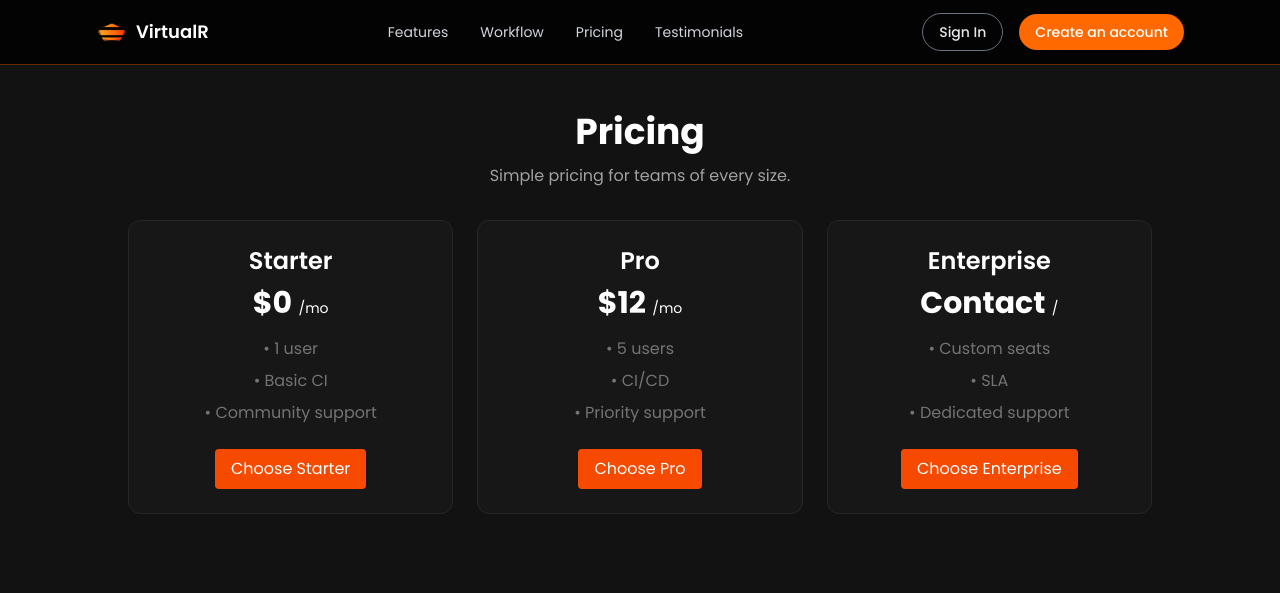
Repository: Khushichugh14/Virtualab
Page: /pricing
The author's editor kept a copy of each file at every save. The page is drawn from the files as they stood at one save, then again after the next save.
The browser window is 1280 px wide. The pictures show the whole page.
The project was rebuilt for these pictures with package versions that can differ from the ones it lists, and the page was loaded fresh each time. Also part of the build but not shown: vite.config.js, src/constants/index.jsx, src/pages/StartFree.jsx, src/pages/Documentation.jsx, src/pages/CreatAccount.jsx, src/pages/SignIn.jsx, src/components/HeroSection.jsx, src/components/FeatureSection.jsx and 10 more. Imported but missing from the stored project, and not drawn on this page: src/assets/video1.mp4, src/assets/video2.mp4.

Above is the page before, as saved 2025-12-11 12:45:30.

### index.html
<!doctype html>
<html lang="en">
  <head>
    <meta charset="UTF-8" />
    <link rel="icon" type="image/svg+xml" href="/vite.svg" />
    <meta name="viewport" content="width=device-width, initial-scale=1.0" />
    <title>virtular</title>
  </head>
  <body>
    <div id="root"></div>
    <script type="module" src="/src/main.jsx"></script>
  </body>
</html>

### src/main.jsx
import React from "react";
import ReactDOM from "react-dom/client";
import App from "./App";
import { BrowserRouter } from "react-router-dom";
import "./index.css";
import { Toaster } from "react-hot-toast";

ReactDOM.createRoot(document.getElementById("root")).render(
  <React.StrictMode>
    <BrowserRouter>
      <App />
       <Toaster position="top-right" />
    </BrowserRouter>
  </React.StrictMode>
);

### src/App.jsx
// App.jsx
import Navbar from "./components/Navbar";

import StartFree from "./pages/StartFree";
import Documentation from "./pages/Documentation";
import CreateAccount from "./pages/CreatAccount";
import SignIn from "./pages/SignIn";

import { Routes, Route } from "react-router-dom";
import HomePage from "./pages/HomePage";
import FeaturePage from "./pages/FeaturePage";
import FeatureDetail from "./pages/FeatureDetail";
import WorkflowPage from "./pages/WorkFlowPage";
import PricingPage from "./pages/PricingPage";
import TestimonialsPage from "./pages/Testimonials";
import WorkflowDetail from "./pages/WorkflowDetail";


const App = () => {
  return (
    <>
      <Navbar />

      <Routes>
        {/* Landing page */}
        <Route path="/" element={<HomePage />} />

        {/* Other pages */}
        <Route path="/start-free" element={<StartFree />} />
        <Route path="/documentation" element={<Documentation />} />
        <Route path="/create-account" element={<CreateAccount />} />
        <Route path="/signin" element={<SignIn />} />
        <Route path="/features" element={<FeaturePage />} />
        <Route path="/features/:id" element={<FeatureDetail />} />
        <Route path="/workflow" element={<WorkflowPage />} />
        <Route path="/workflow/:id" element={<WorkflowDetail />} />
        <Route path="/pricing" element={<PricingPage />} />
        <Route path="/testimonials" element={<TestimonialsPage />} />
      </Routes>
    </>
  );
};

export default App;

### src/index.css
@import url('https://fonts.googleapis.com/css2?family=Poppins:ital,wght@0,100;0,200;0,300;0,400;0,500;0,600;0,700;0,800;0,900;1,100;1,200;1,300;1,400;1,500;1,600;1,700;1,800;1,900&display=swap');

@import "tailwindcss";

:root {
  font-family: "Poppins", sans-serif;
  color-scheme: dark;
}

### src/components/Navbar.jsx
import { Menu, X } from "lucide-react";
import { useEffect, useState } from "react";
import logo from "../assets/logo.png";
import { navItems } from "../constants";
import { useNavigate, useLocation } from "react-router-dom";

const SESSION_KEY = "virtualrSession"; // ✅ Match CreateAccount & SignIn

const Navbar = () => {
  const [isMenuOpen, setIsMenuOpen] = useState(false);
  const [isLoggedIn, setIsLoggedIn] = useState(false);

  const navigate = useNavigate();
  const location = useLocation();

  useEffect(() => {
    const session = localStorage.getItem(SESSION_KEY);
    setIsLoggedIn(!!session); // logged in if session exists
  }, [location.pathname]);

  const handleNavClick = (path) => {
    if (!path) return;

    setIsMenuOpen(false);

    if (path.startsWith("#") || path.startsWith("/#")) {
      const sectionId = path.startsWith("#")
        ? path.slice(1)
        : path.split("#")[1];

      const scrollToSection = () => {
        const section = document.getElementById(sectionId);
        if (section) section.scrollIntoView({ behavior: "smooth" });
      };

      if (location.pathname !== "/") {
        navigate("/");
        setTimeout(scrollToSection, 150);
      } else {
        scrollToSection();
      }

      return;
    }

    navigate(path);
  };

  const handleLogout = () => {
    localStorage.removeItem(SESSION_KEY); // ❗ remove VR login session
    setIsLoggedIn(false);
    navigate("/create-account"); // after logout go to signup
  };

  return (
    <nav className="fixed top-0 left-0 right-0 z-50 bg-black/80 backdrop-blur-md border-b border-orange-500/40">
      <div className="max-w-6xl mx-auto px-4 sm:px-6 lg:px-8">
        <div className="flex justify-between h-16 items-center">
          {/* Logo */}
          <div
            className="flex items-center gap-2 cursor-pointer"
            onClick={() => handleNavClick("/")}
          >
            <img src={logo} alt="VirtualR Logo" className="h-8 w-auto" />
            <span className="text-white font-semibold text-lg">VirtualR</span>
          </div>

          {/* Desktop nav */}
          <div className="hidden md:flex items-center space-x-8">
            {navItems.map((item) => (
              <button
                key={item.label}
                onClick={() => handleNavClick(item.path)}
                className="text-gray-300 hover:text-white transition-colors text-sm"
              >
                {item.label}
              </button>
            ))}
          </div>

          {/* Right buttons */}
          <div className="hidden md:flex items-center space-x-4">
            {isLoggedIn ? (
              <button
                onClick={handleLogout}
                className="px-4 py-2 rounded-full bg-orange-500 hover:bg-orange-600 text-white text-sm font-medium transition-colors"
              >
                Logout
              </button>
            ) : (
              <>
                <button
                  onClick={() => handleNavClick("/signin")}
                  className="px-4 py-2 rounded-full border border-gray-500 text-gray-200 hover:bg-gray-800 text-sm font-medium transition-colors"
                >
                  Sign In
                </button>
                <button
                  onClick={() => handleNavClick("/create-account")}
                  className="px-4 py-2 rounded-full bg-orange-500 hover:bg-orange-600 text-white text-sm font-medium transition-colors"
                >
                  Create an account
                </button>
              </>
            )}
          </div>

          {/* Mobile menu toggle */}
          <div className="md:hidden flex items-center">
            <button
              onClick={() => setIsMenuOpen((prev) => !prev)}
              className="text-gray-200 hover:text-white focus:outline-none"
            >
              {isMenuOpen ? <X size={24} /> : <Menu size={24} />}
            </button>
          </div>
        </div>
      </div>

      {/* Mobile menu */}
      {isMenuOpen && (
        <div className="md:hidden bg-black/95 border-t border-orange-500/40">
          <div className="px-4 py-4 space-y-3">
            {navItems.map((item) => (
              <button
                key={item.label}
                onClick={() => handleNavClick(item.path)}
                className="block w-full text-left text-gray-300 hover:text-white py-1"
              >
                {item.label}
              </button>
            ))}

            <div className="pt-3 border-t border-gray-700 mt-2">
              {isLoggedIn ? (
                <button
                  onClick={handleLogout}
                  className="w-full px-4 py-2 rounded-full bg-orange-500 hover:bg-orange-600 text-white text-sm font-medium transition-colors"
                >
                  Logout
                </button>
              ) : (
                <>
                  <button
                    onClick={() => handleNavClick("/signin")}
                    className="w-full mb-2 px-4 py-2 rounded-full border border-gray-500 text-gray-200 hover:bg-gray-800 text-sm font-medium transition-colors"
                  >
                    Sign In
                  </button>
                  <button
                    onClick={() => handleNavClick("/create-account")}
                    className="w-full px-4 py-2 rounded-full bg-orange-500 hover:bg-orange-600 text-white text-sm font-medium transition-colors"
                  >
                    Create an account
                  </button>
                </>
              )}
            </div>
          </div>
        </div>
      )}
    </nav>
  );
};

export default Navbar;

### src/pages/PricingPage.jsx
import { pricing } from "../constants/siteData";
import { useNavigate } from "react-router-dom";

const PricingPage = () => {
  const navigate = useNavigate();

  const handleChoosePlan = (plan) => {
    // save selected plan to localStorage so checkout/sign-up can prefill it
    try {
      localStorage.setItem("selectedPlan", JSON.stringify(plan));
    } catch (e) {
      // localStorage can fail in some environments; fail silently
      console.warn("Could not save selected plan:", e);
    }

    // navigate to a checkout or signup page — adjust route if your app uses a different path
    navigate("/checkout");
  };

  return (
    <main className="px-6 pt-28 pb-12">
      <div className="max-w-5xl mx-auto text-center">
        <h1 className="text-4xl font-bold mb-3">Pricing</h1>
        <p className="text-neutral-400 mb-8">Simple pricing for teams of every size.</p>

        <div className="grid grid-cols-1 md:grid-cols-3 gap-6">
          {pricing.map((p) => (
            <div key={p.id} className="p-6 rounded-xl bg-neutral-900 border border-neutral-800">
              <h3 className="text-2xl font-semibold">{p.name}</h3>
              <div className="text-3xl font-bold mt-2">
                {p.price} <span className="text-sm font-normal">/{p.period}</span>
              </div>
              <ul className="text-neutral-500 mt-4 space-y-2">
                {p.bullets.map((b, i) => (
                  <li key={i}>• {b}</li>
                ))}
              </ul>
              <div className="mt-6">
                {/* Use button to handle click in-app instead of navigating with anchor tag */}
                <button
                  onClick={() => handleChoosePlan(p)}
                  className="inline-block px-4 py-2 rounded bg-orange-600 text-white"
                  aria-label={`Choose ${p.name} plan`}
                >
                  Choose {p.name}
                </button>
              </div>
            </div>
          ))}
        </div>
      </div>
    </main>
  );
};

export default PricingPage;

### src/constants/features.jsx
// src/constants/features.js
import {
  Zap,
  Users,
  Server,
  Terminal,
  Database,
  Cpu,
  Archive,
  Clock,
  ShieldCheck
} from "lucide-react";

export const features = [
  {
    id: "ai-suggestions",
    icon: <Zap size={20} />,
    title: "AI Code Suggestions",
    short: "Autocomplete, refactors & smart snippets.",
    longDescription:
      "Context-aware AI suggestions that complete your code, propose refactors, and generate tests. Save developer time by letting the editor handle repetitive patterns while you focus on design and architecture.",
    image: "/src/assets/features/ai-suggestion.jpg",
    bullets: [
      "Contextual code completion",
      "Refactor suggestions",
      "Test skeleton generation"
    ],
    tags: ["AI", "Productivity"],
    link: "/features/ai-suggestions"
  },
  {
    id: "realtime-collab",
    icon: <Users size={20} />,
    title: "Real-time Collaboration",
    short: "Work together live with teammates.",
    longDescription:
      "Share a development session with teammates: live cursors, shared terminals, and synchronized previews. Ideal for pair programming, design reviews, and remote onboarding.",
    image: "/src/assets/features/real-time-collab.jpg",
    bullets: ["Live cursors", "Shared terminals", "Session recording"],
    tags: ["Collaboration", "Teams"],
    link: "/features/realtime-collab"
  },
  {
    id: "one-click-deploy",
    icon: <Server size={20} />,
    title: "One-Click Deployments",
    short: "Deploy to staging/production instantly.",
    longDescription:
      "Automate build & deploy pipelines with a single click. Choose environment, preview build logs, and roll back easily. Integrates with GitHub, GitLab and CI providers.",
    image: "/src/assets/features/one-click-deploy.jpg",
    bullets: ["Branches & environments", "Rollback", "CI integration"],
    tags: ["CI/CD", "Deployment"],
    link: "/features/one-click-deploy"
  },
  {
    id: "built-in-terminal",
    icon: <Terminal size={20} />,
    title: "Built-in Terminal",
    short: "Terminal inside the browser.",
    longDescription:
      "A secure, persistent terminal inside your workspace allowing commands, package installs, and runtime debugging without leaving the browser.",
    image: "/src/assets/features/build-in-terminal.png",
    bullets: ["Persistent sessions", "Port forwarding", "Shell access"],
    tags: ["DevTools"],
    link: "/features/built-in-terminal"
  },
  {
    id: "database-sync",
    icon: <Database size={20} />,
    title: "Database Sync",
    short: "Seed, inspect and sync databases.",
    longDescription:
      "Manage local and remote databases, sync schema changes, and generate migrations automatically. Inspect rows, run queries and snapshot production data safely.",
    image: "/src/assets/features/datanbase.sync.jpg",
    bullets: ["Migrations", "Query explorer", "Snapshots"],
    tags: ["Database", "Productivity"],
    link: "/features/database-sync"
  },
  {
    id: "code-performance",
    icon: <Cpu size={20} />,
    title: "Performance Profiler",
    short: "Find hotspots & optimize.",
    longDescription:
      "Profile CPU and memory usage, visualize flamegraphs and get recommendations to reduce latency and resource use.",
    image: "/src/assets/features/code-performance.jpg",
    bullets: ["Flamegraphs", "Memory snapshots", "Actionable tips"],
    tags: ["Performance"],
    link: "/features/code-performance"
  },
  {
    id: "artifact-storage",
    icon: <Archive size={20} />,
    title: "Artifact Storage",
    short: "Keep build artifacts & logs.",
    longDescription:
      "Store build artifacts, logs and test reports per deployment so you can trace regressions and reproduce failures.",
    image: "/src/assets/features/artirfact-storage.jpg",
    bullets: ["Retention policies", "Search logs", "Download artifacts"],
    tags: ["DevOps"],
    link: "/features/artifact-storage"
  },
  {
    id: "slo-monitoring",
    icon: <Clock size={20} />,
    title: "SLO Monitoring",
    short: "Uptime & latency monitoring with alerts.",
    longDescription:
      "Define SLOs, track uptime and latency, and receive alerts to Slack/email when thresholds are crossed.",
    image: "/src/assets/features/slo-monitoring.jpg",
    bullets: ["Custom alerts", "Dashboards", "Historical trends"],
    tags: ["Monitoring", "SRE"],
    link: "/features/slo-monitoring"
  },
  {
    id: "security-audit",
    icon: <ShieldCheck size={20} />,
    title: "Security Audits",
    short: "Automatic static & dependency scans.",
    longDescription:
      "Run automated security scans for vulnerabilities, suggest fixes and produce reports to meet compliance requirements.",
    image: "/src/assets/features/security-audit.jpg",
    bullets: ["Dependency scanning", "Static analysis", "Fix suggestions"],
    tags: ["Security", "Compliance"],
    link: "/features/security-audit"
  }
];

export default features;

Loaded but not shown: src/constants/siteData.jsx (200 lines, source omitted)

After the next save:
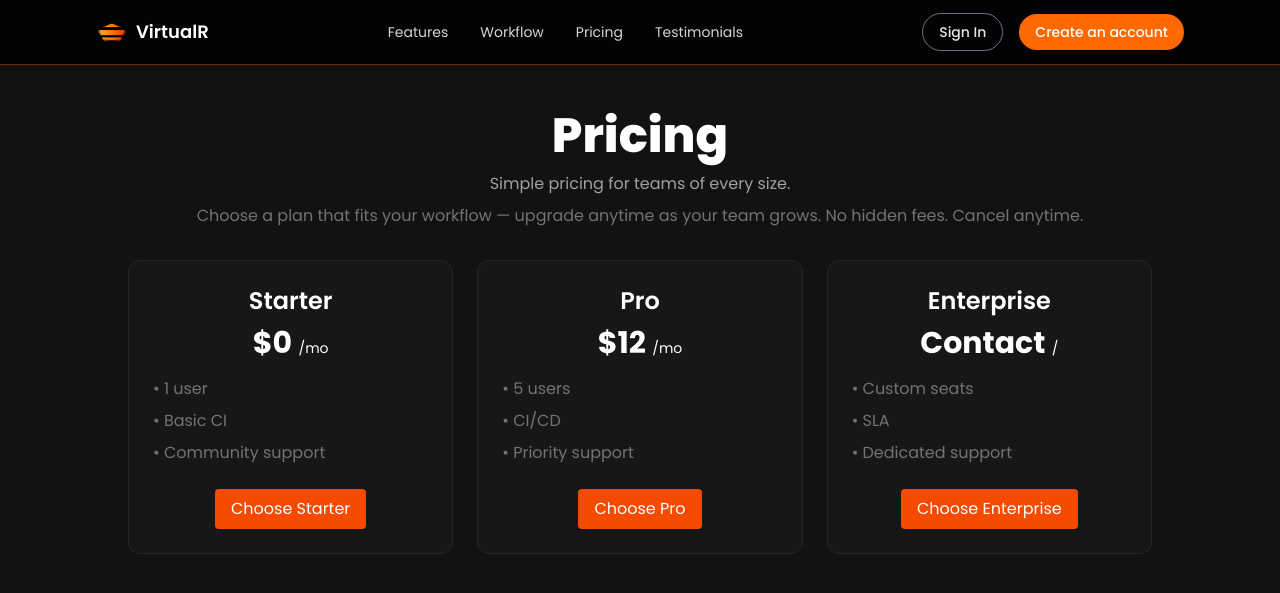
Saved 2 min 29 s later.
--- a/src/pages/PricingPage.jsx
+++ b/src/pages/PricingPage.jsx
@@ -1,53 +1,115 @@
 import { pricing } from "../constants/siteData";
 import { useNavigate } from "react-router-dom";
+import { useState, useEffect } from "react";
 
 const PricingPage = () => {
   const navigate = useNavigate();
+  const [selectedPlan, setSelectedPlan] = useState(null);
+
+  useEffect(() => {
+    // try to prefill from localStorage if user came back
+    try {
+      const saved = localStorage.getItem("selectedPlan");
+      if (saved) setSelectedPlan(JSON.parse(saved));
+    } catch (e) {
+      // ignore
+    }
+  }, []);
 
   const handleChoosePlan = (plan) => {
-    // save selected plan to localStorage so checkout/sign-up can prefill it
+    setSelectedPlan(plan);
     try {
       localStorage.setItem("selectedPlan", JSON.stringify(plan));
     } catch (e) {
-      // localStorage can fail in some environments; fail silently
       console.warn("Could not save selected plan:", e);
     }
+  };
 
-    // navigate to a checkout or signup page — adjust route if your app uses a different path
+  const handleContinue = () => {
+    // continue to checkout or signup — change route if needed
     navigate("/checkout");
+  };
+
+  const handleCancelSelection = () => {
+    setSelectedPlan(null);
+    try {
+      localStorage.removeItem("selectedPlan");
+    } catch (e) {}
   };
 
   return (
     <main className="px-6 pt-28 pb-12">
       <div className="max-w-5xl mx-auto text-center">
-        <h1 className="text-4xl font-bold mb-3">Pricing</h1>
-        <p className="text-neutral-400 mb-8">Simple pricing for teams of every size.</p>
+        <h1 className="text-5xl font-extrabold mb-3">Pricing</h1>
+        <p className="text-neutral-400 mb-2">Simple pricing for teams of every size.</p>
+        <p className="text-neutral-500 mb-8">Choose a plan that fits your workflow — upgrade anytime as your team grows. No hidden fees. Cancel anytime.</p>
 
         <div className="grid grid-cols-1 md:grid-cols-3 gap-6">
-          {pricing.map((p) => (
-            <div key={p.id} className="p-6 rounded-xl bg-neutral-900 border border-neutral-800">
-              <h3 className="text-2xl font-semibold">{p.name}</h3>
-              <div className="text-3xl font-bold mt-2">
-                {p.price} <span className="text-sm font-normal">/{p.period}</span>
+          {pricing.map((p) => {
+            const isSelected = selectedPlan && selectedPlan.id === p.id;
+            return (
+              <div
+                key={p.id}
+                className={`p-6 rounded-xl bg-neutral-900 border ${isSelected ? "border-orange-500 ring-2 ring-orange-400/20" : "border-neutral-800"}`}
+              >
+                <h3 className="text-2xl font-semibold">{p.name}</h3>
+                <div className="text-3xl font-bold mt-2">
+                  {p.price} <span className="text-sm font-normal">/{p.period}</span>
+                </div>
+                <ul className="text-neutral-500 mt-4 space-y-2 text-left">
+                  {p.bullets.map((b, i) => (
+                    <li key={i}>• {b}</li>
+                  ))}
+                </ul>
+                <div className="mt-6">
+                  <button
+                    onClick={() => handleChoosePlan(p)}
+                    className={`inline-block px-4 py-2 rounded ${isSelected ? "bg-orange-700" : "bg-orange-600"} text-white`}
+                    aria-label={`Choose ${p.name} plan`}
+                  >
+                    {isSelected ? `Selected: ${p.name}` : `Choose ${p.name}`}
+                  </button>
+                </div>
               </div>
-              <ul className="text-neutral-500 mt-4 space-y-2">
-                {p.bullets.map((b, i) => (
-                  <li key={i}>• {b}</li>
-                ))}
-              </ul>
-              <div className="mt-6">
-                {/* Use button to handle click in-app instead of navigating with anchor tag */}
+            );
+          })}
+        </div>
+
+        {/* Expanded selection section (Option C) */}
+        {selectedPlan && (
+          <section className="mt-10 p-6 rounded-lg bg-neutral-950 border border-neutral-800 max-w-4xl mx-auto text-left">
+            <div className="flex items-start justify-between gap-4">
+              <div>
+                <h2 className="text-2xl font-bold">Your Selected Plan</h2>
+                <p className="text-neutral-400">Handy summary of the plan you chose. Review the features and continue to checkout or change your selection.</p>
+
+                <div className="mt-4">
+                  <h3 className="text-xl font-semibold">{selectedPlan.name} — {selectedPlan.price}/{selectedPlan.period}</h3>
+                  <ul className="mt-2 text-neutral-400 list-disc pl-5">
+                    {selectedPlan.bullets.map((b, i) => (
+                      <li key={i}>{b}</li>
+                    ))}
+                  </ul>
+                </div>
+
+                <div className="mt-6 flex gap-3">
+                  <button onClick={handleContinue} className="px-4 py-2 rounded bg-orange-600 text-white">Continue to Checkout</button>
+                  <button onClick={handleCancelSelection} className="px-4 py-2 rounded border border-neutral-700">Change selection</button>
+                </div>
+              </div>
+
+              <div className="shrink-0 text-right">
+                <p className="text-sm text-neutral-500">Need help choosing?</p>
                 <button
-                  onClick={() => handleChoosePlan(p)}
-                  className="inline-block px-4 py-2 rounded bg-orange-600 text-white"
-                  aria-label={`Choose ${p.name} plan`}
+                  onClick={() => window.alert('Contact sales at sales@example.com')}
+                  className="mt-3 px-3 py-2 rounded border border-neutral-700"
                 >
-                  Choose {p.name}
+                  Contact Sales
                 </button>
               </div>
             </div>
-          ))}
-        </div>
+          </section>
+        )}
       </div>
     </main>
   );
